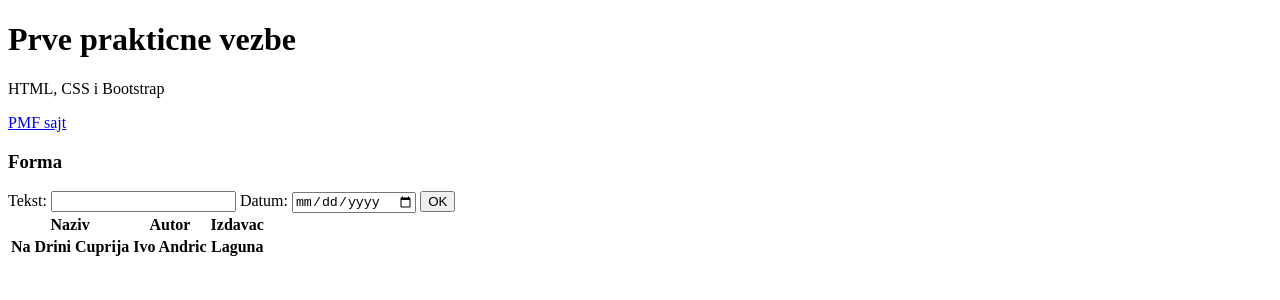
Repository: bojanludajic/Razvoj-Informacionih-Sistema
Page: Vezbe1/src/main/webapp/index.html
These files come from the project's save history. The page is drawn as it stood at one moment and after a run of saves; the edit follows.
The browser window is 1280 px wide. The pictures show the whole page.

Above is the page before, as saved 2024-10-22 11:38:48.

### Vezbe1/src/main/webapp/index.html
<!DOCTYPE html>
<html>
<head>
<meta charset="UTF-8">
<title>Razvoj informacionih sistema</title>
</head>
<body>
<h1>Prve prakticne vezbe</h1>
<p>HTML, CSS i Bootstrap</p>

<a href="https://www.pmf.uns.ac.rs" target="_blank">PMF sajt</a>

<h3>Forma</h3>
<form>
	Tekst: <input type="text">
	Datum: <input type="date">
	<input type="submit" value="OK">
</form>
<table>
	<tr>
		<th>Naziv</th>
		<th>Autor</th>
		<th>Izdavac</th>
	</tr>
	<tr>
		<th>Na Drini Cuprija</th>
		<th>Ivo Andric</th>
		<th>Laguna</th>

	</tr>
</table>
</body>
</html>

After the next 2 saves:
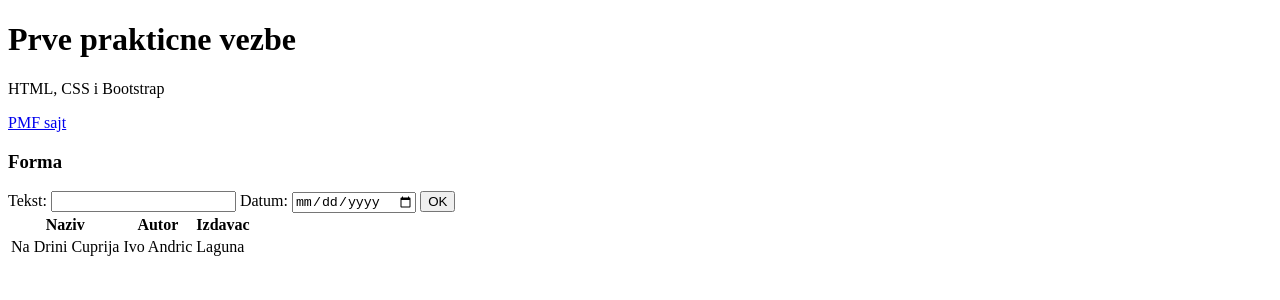
The 2 saves are shown as one change because they came seconds apart.
The last was saved 16 s later.
--- a/Vezbe1/src/main/webapp/index.html
+++ b/Vezbe1/src/main/webapp/index.html
@@ -23,9 +23,9 @@
 		<th>Izdavac</th>
 	</tr>
 	<tr>
-		<th>Na Drini Cuprija</th>
-		<th>Ivo Andric</th>
-		<th>Laguna</th>
+		<td>Na Drini Cuprija</th>
+		<td>Ivo Andric</th>
+		<td>Laguna</td>
 
 	</tr>
 </table>
